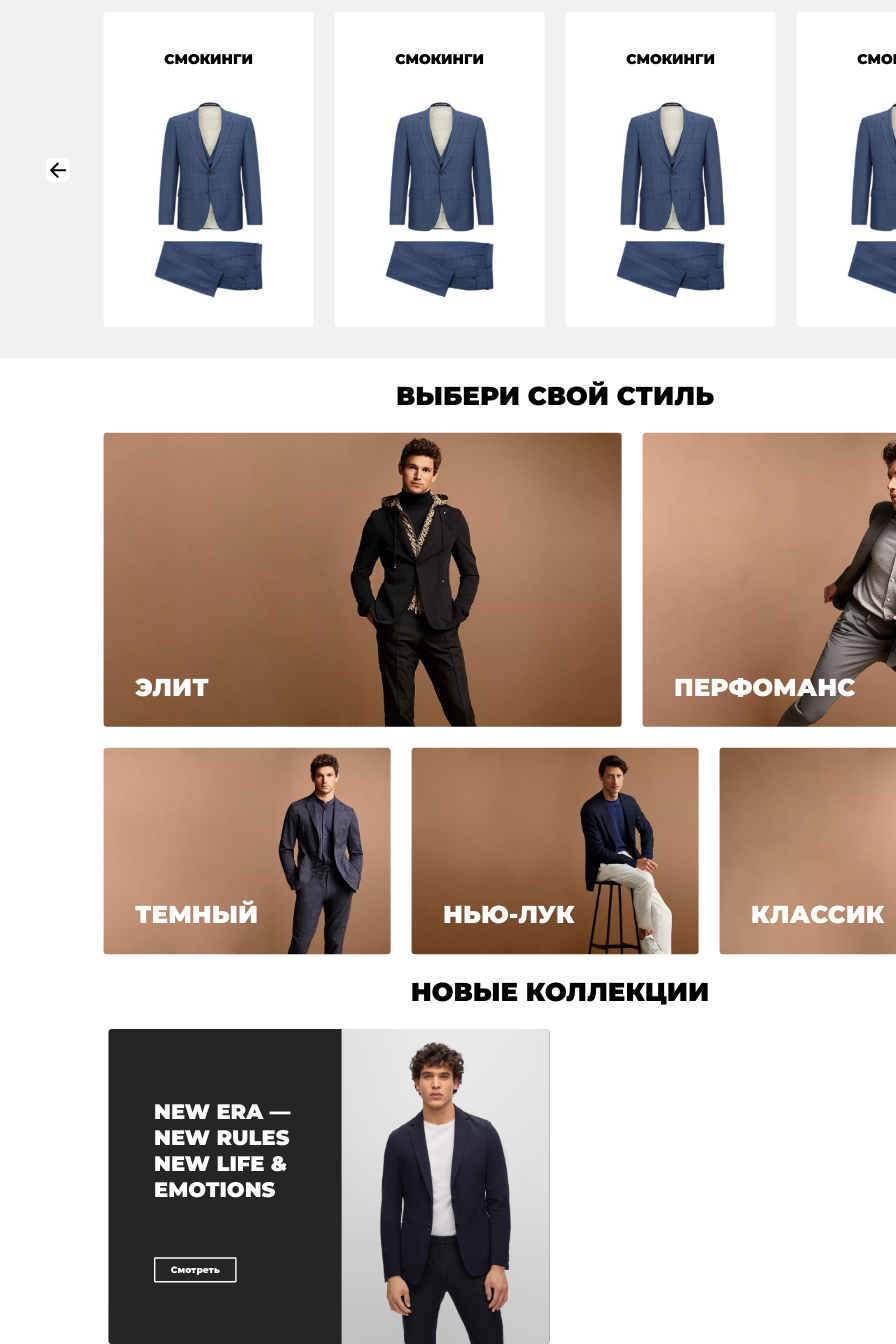
Repository: MaksimKrupkin/SigmaEllegance
Page: /
The author's editor kept a copy of each file at every save. The page is drawn from the files as they stood at one save, then again after the next save.
The browser window is 1280 px wide. The pictures show the part of the page from y = 873 to 2793 px (the page is 2793 px tall), at 70% of full size.
An inner scrolling area shows only its first screen. Some web fonts or font styles are not loaded; a fallback is used. The project was rebuilt for these pictures with package versions that can differ from the ones it lists, and the page was loaded fresh each time.

Above is the page before, as saved 2023-11-23 22:27:56.

After the next save:
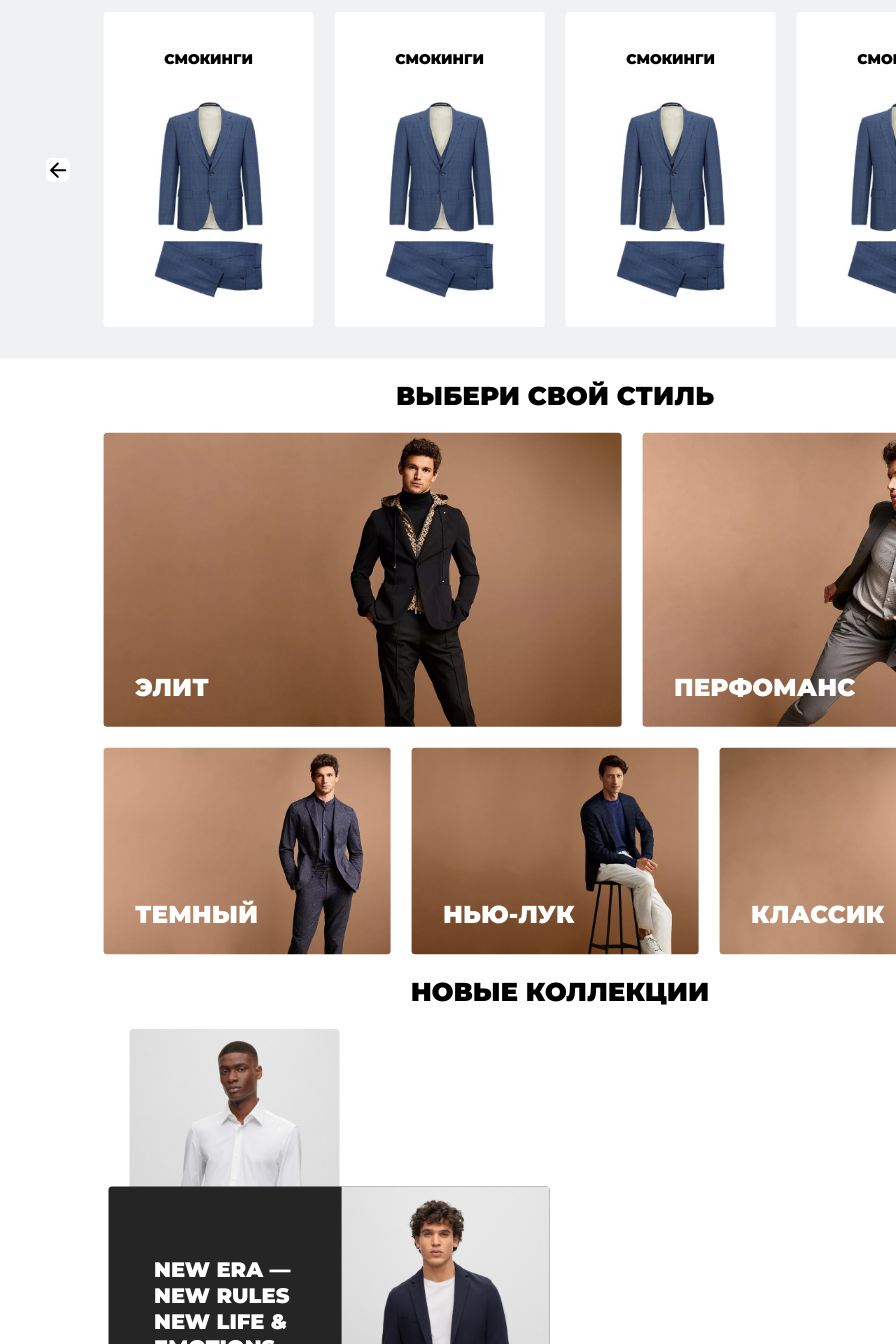
Saved 52 s later.
--- a/src/Components/Collections/Collections.jsx
+++ b/src/Components/Collections/Collections.jsx
@@ -13,6 +13,8 @@ export default function Collections() {
               <a className={styles.button}>Смотреть</a>
               <div className={styles.rightPart}></div>
             </div>
+          </a>
+          <a>
             <div className={styles.collection2}></div>
           </a>
         </div>

After the 3 saves that followed:
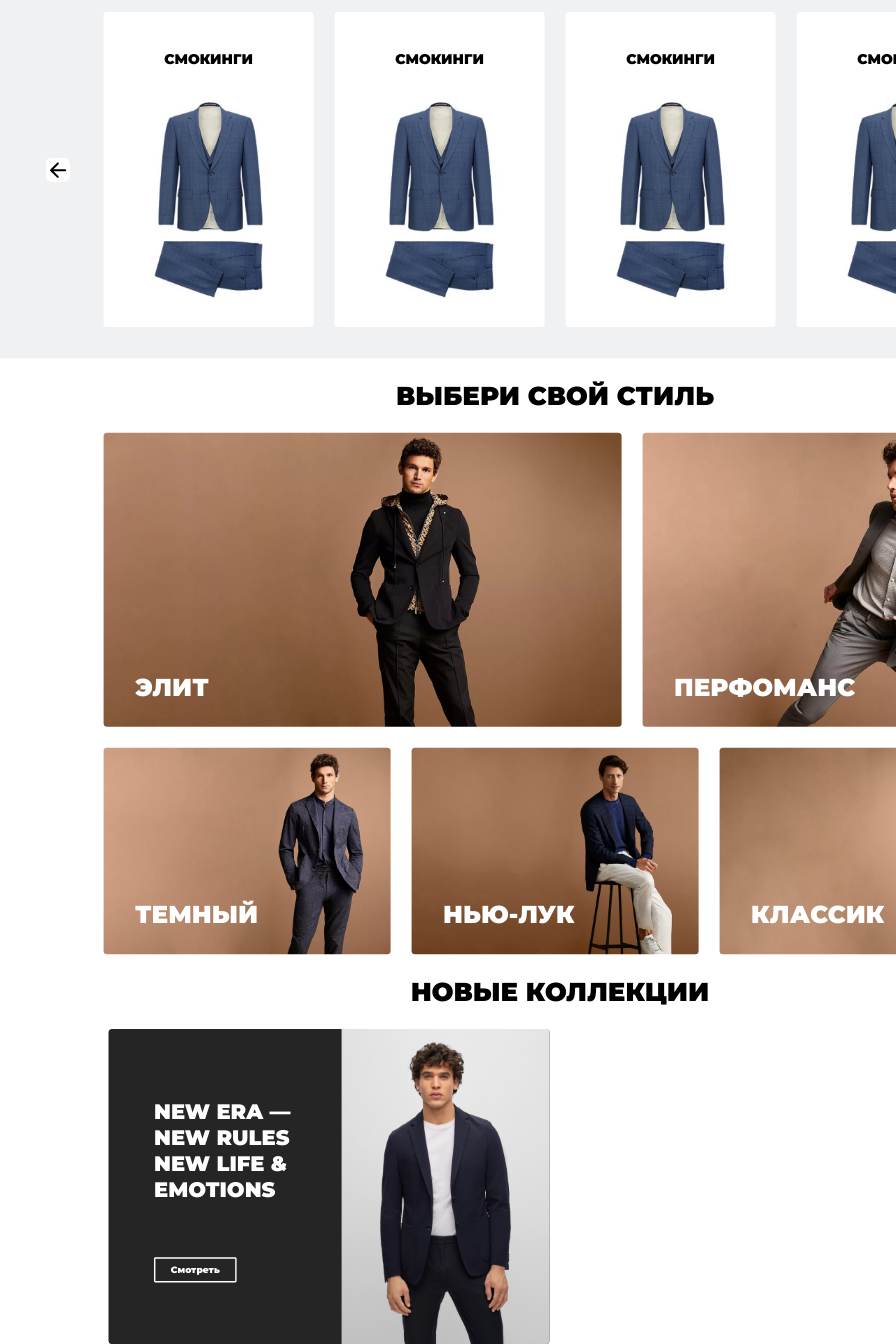
The 3 saves are shown as one change because 2 left the picture as it was.
The last was saved 94 s later.
--- a/src/Components/Collections/Collections.module.css
+++ b/src/Components/Collections/Collections.module.css
@@ -20,8 +20,7 @@
 }
 .collections_top {
   display: flex;
-  justify-content: space-between;
-  align-items: center;
+
   gap: 30px;
 }
 .collection1 {
@@ -75,7 +74,6 @@
   background-image: url(../../assets/img/collection1.png);
 }
 .collection2 {
-  display: block;
   width: 300px;
   height: 450px;
   border-radius: 5px;
